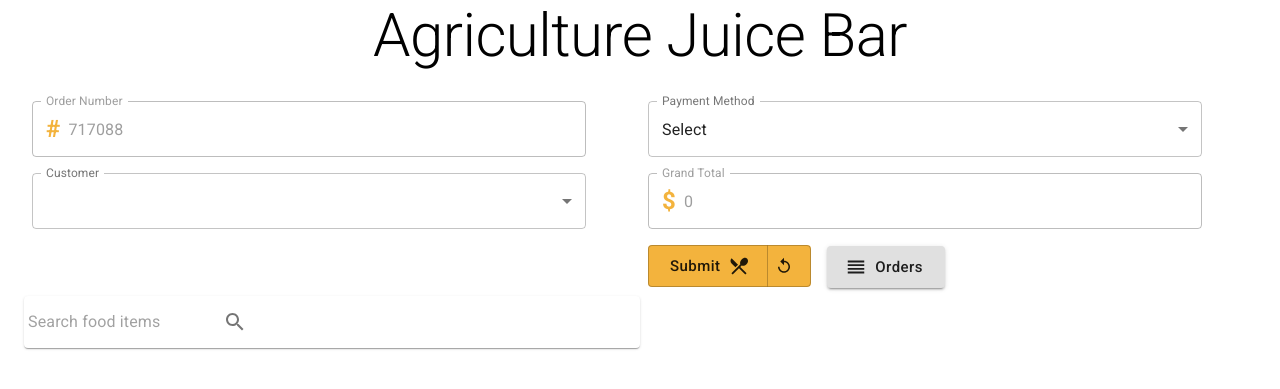
Repository: CydexCode/JuiceBarApplication
Page: / (app in restaurant-app/)
An editor plug-in stored every save of this project. The page is shown before and after a run of saves, followed by the edit.
The browser window is 1280 px wide. The pictures show the whole page.
The page's requests for data from a server got no answer. The project was rebuilt for these pictures with package versions that can differ from the ones it lists, and the page was loaded fresh each time. No one was signed in, and anything a server would have sent is missing. Also part of the build but not shown: restaurant-app/src/App.css, restaurant-app/src/components/Order/OrderedFoodItems.js.

Above is the page before, as saved 2024-02-05 14:41:13.

After the next 6 saves:
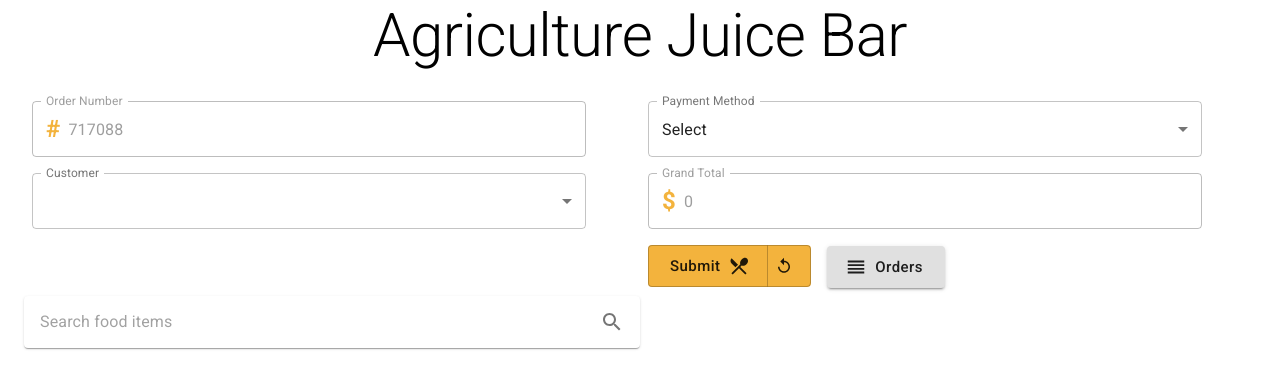
The 6 saves are shown as one change because 2 did not build or start and some came seconds apart.
The last was saved 25 s later.
--- a/restaurant-app/src/components/Order/SearchFoodItems.js
+++ b/restaurant-app/src/components/Order/SearchFoodItems.js
@@ -61,6 +61,7 @@
         <div>
         <Paper className = {classes.searchPaper}>
             <InputBase
+            className={classes.searchInput}
             placeholder="Search food items"/>
             <IconButton>
                 < SearchTwoToneIcon ></SearchTwoToneIcon>

After the save that followed:
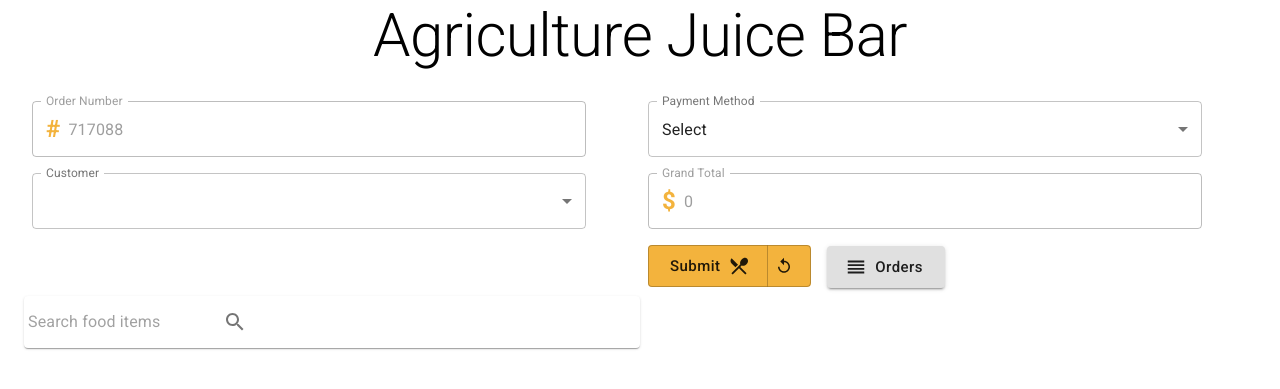
Saved 71 s later.
--- a/restaurant-app/src/components/Order/SearchFoodItems.js
+++ b/restaurant-app/src/components/Order/SearchFoodItems.js
@@ -61,7 +61,7 @@
         <div>
         <Paper className = {classes.searchPaper}>
             <InputBase
-            className={classes.searchInput}
+            className={classes.searchInputw}
             placeholder="Search food items"/>
             <IconButton>
                 < SearchTwoToneIcon ></SearchTwoToneIcon>
